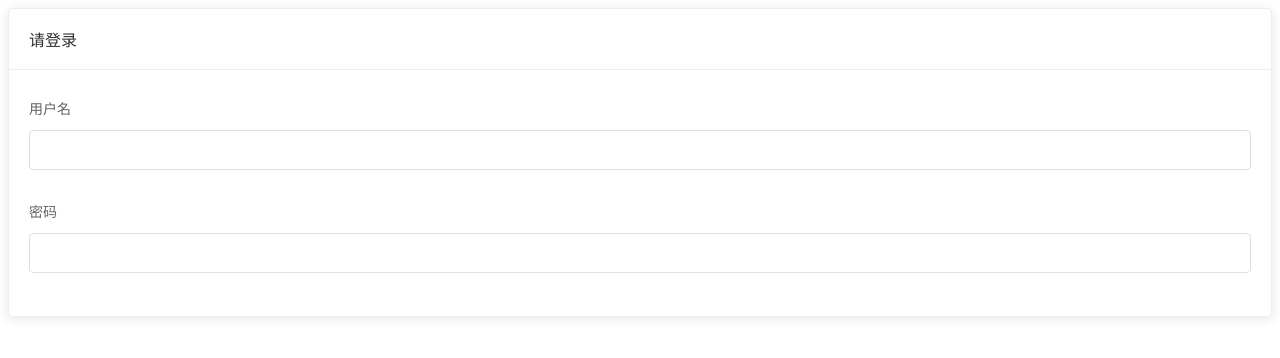
Repository: fish-zmy/wangzherongyao
Page: /#/login (app in admin/)
These files come from the project's save history. The page is drawn as it stood at one moment and after the next save; the edit follows.
The browser window is 1280 px wide. The pictures show the whole page.
The project was rebuilt for these pictures with package versions that can differ from the ones it lists, and the page was loaded fresh each time. Also part of the build but not shown: admin/vue.config.js, admin/src/views/Main.vue, admin/src/views/CategoryEdit.vue, admin/src/views/CategoryList.vue, admin/src/views/ItemEdit.vue, admin/src/views/ItemList.vue, admin/src/views/HeroEdit.vue, admin/src/views/HeroList.vue and 7 more.

Above is the page before, as saved 2020-06-18 22:03:14.

### admin/src/main.js
import Vue from 'vue'
import App from './App.vue'
import router from './router'
import './plugins/element.js'

import './assets/style.css'

Vue.config.productionTip = false

import http from './http'
Vue.prototype.$http = http

new Vue({
  router,
  render: h => h(App)
}).$mount('#app')

### admin/src/App.vue
<template>
  <div id="app">

    <router-view/>
  </div>
</template>

<style scoped>
html,body{
  margin:0;
  padding:0;
}
</style>

### admin/src/router/index.js
import Vue from 'vue'
import VueRouter from 'vue-router'
import Main from '../views/Main.vue'
import Login from '../views/Login.vue'
import CategoryEdit from '../views/CategoryEdit.vue'
import CategoryList from '../views/CategoryList.vue'
import ItemEdit from '../views/ItemEdit.vue'
import ItemList from '../views/ItemList.vue'
import HeroEdit from '../views/HeroEdit.vue'
import HeroList from '../views/HeroList.vue'
import ArticleEdit from '../views/ArticleEdit.vue'
import ArticleList from '../views/ArticleList.vue'
import AdEdit from '../views/AdEdit.vue'
import AdList from '../views/AdList.vue'
import AdminUserEdit from '../views/AdminUserEdit.vue'
import AdminUserList from '../views/AdminUserList.vue'

Vue.use(VueRouter)
// 解决ElementUI导航栏中的vue-router在3.0版本以上重复点菜单报错问题
const originalPush = VueRouter.prototype.push
VueRouter.prototype.push = function push(location) {
  return originalPush.call(this, location).catch(err => err)
}

const routes = [
  {path:'/login',name:'login',component:Login},
  {
    path: '/',
    name: 'main',
    component: Main,
    children: [
      {
        path: '/categories/create',
        component: CategoryEdit
      }, {
        path: '/categories/list',
        component: CategoryList
      }, {
        path: '/categories/edit/:id',
        component: CategoryEdit, props: true
      },
      {
        path: '/items/create',
        component: ItemEdit
      }, {
        path: '/items/list',
        component: ItemList
      }, {
        path: '/items/edit/:id',
        component: ItemEdit, props: true
      },
      {
        path: '/heroes/create',
        component: HeroEdit
      }, {
        path: '/heroes/list',
        component: HeroList
      }, {
        path: '/heroes/edit/:id',
        component: HeroEdit, props: true
      },
      {
        path: '/articles/create',
        component: ArticleEdit
      }, {
        path: '/articles/list',
        component: ArticleList
      }, {
        path: '/articles/edit/:id',
        component: ArticleEdit, props: true
      },
      {
        path: '/ads/create',
        component: AdEdit
      }, {
        path: '/ads/list',
        component: AdList
      }, {
        path: '/ads/edit/:id',
        component: AdEdit, props: true
      },
      {
        path: '/admin_users/create',
        component: AdminUserEdit
      }, {
        path: '/admin_users/list',
        component: AdminUserList
      }, {
        path: '/admin_users/edit/:id',
        component: AdminUserEdit, props: true
      }

    ]
  },

]


const router = new VueRouter({
  routes
})

export default router

### admin/src/http.js
import axios from 'axios'

const http =axios.create({
    baseURL:'http://localhost:3000/admin/api'
})

export default  http

### admin/src/views/Login.vue
<template>
    <div>
      <el-card header = "请登录" class="longin-card">
            <el-form>
            <el-form-item label = "用户名">
            <el-input></el-input>
            </el-form-item>
            <el-form-item label = "密码">
            <el-input></el-input>
            </el-form-item>
            </el-form>
      </el-card>
    </div>
</template>

<style>
.login-card{
    width:10rem;
    margin:5rem,auto;
}
</style>

Loaded but not shown: admin/public/index.html (common file); admin/src/plugins/element.js (common file)

After the next save:
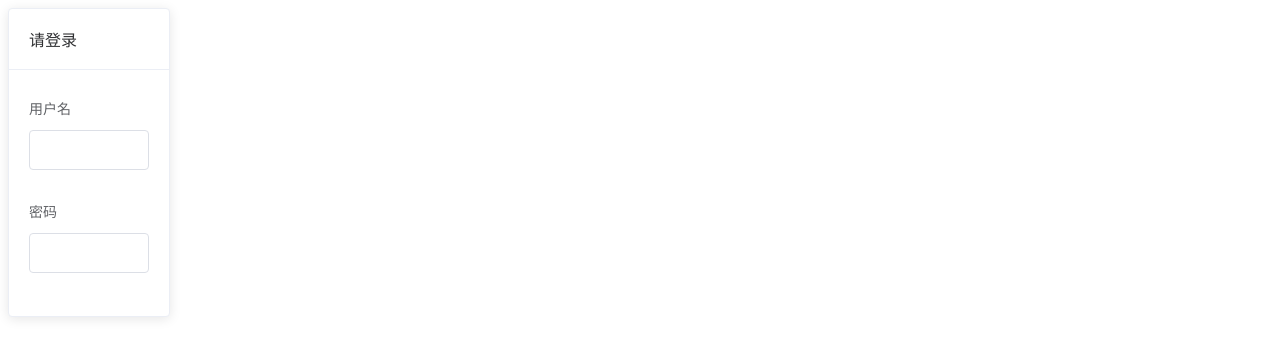
Saved 18 s later.
--- a/admin/src/views/Login.vue
+++ b/admin/src/views/Login.vue
@@ -1,6 +1,6 @@
 <template>
     <div>
-      <el-card header = "请登录" class="longin-card">
+      <el-card header = "请登录" class="login-card">
             <el-form>
             <el-form-item label = "用户名">
             <el-input></el-input>
